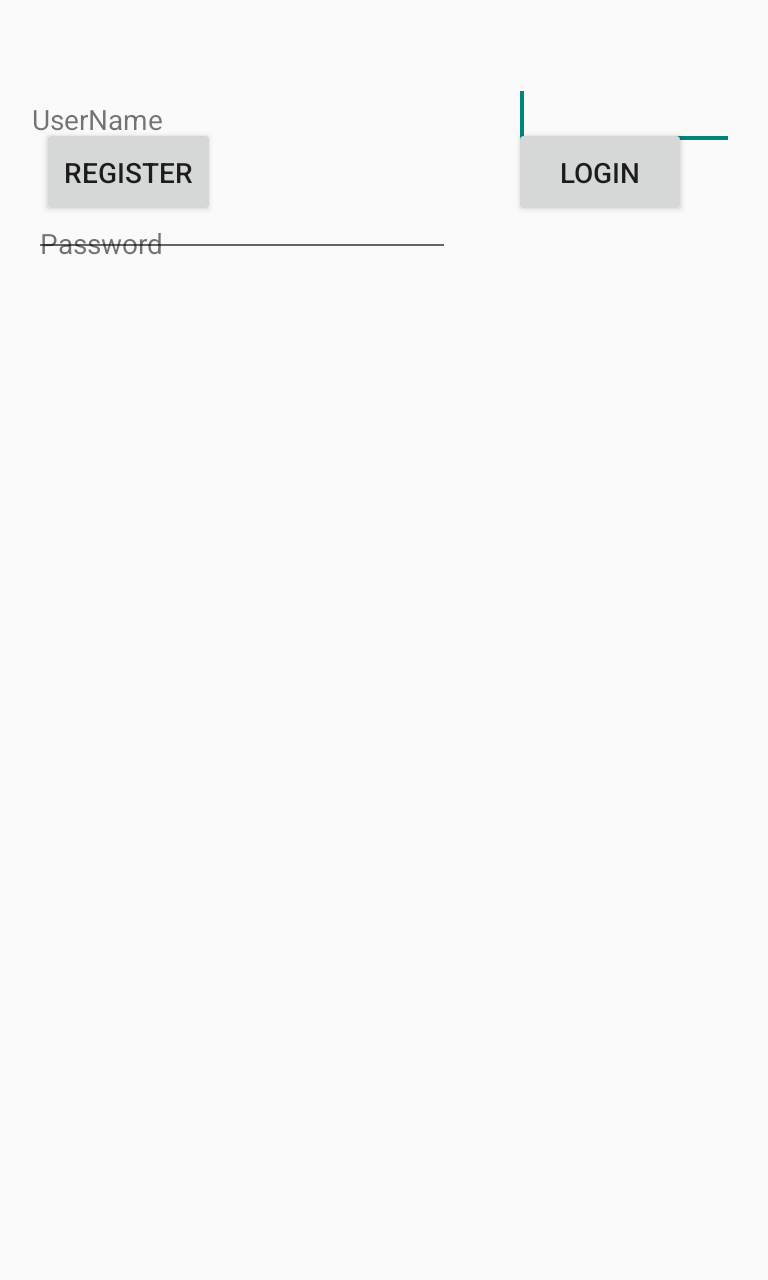
Repository: vipinvkamara/layouts
Layout: indent/res/layout/activity_login.xml
An editor plug-in stored every save of this project. The layout is shown before and after the next save, followed by the edit.
It is drawn on a 768 x 1280 px phone screen (xhdpi) without system bars, with theme AppTheme; the app's code is not run.

Above is the layout before, as saved 2014-12-16 19:05:46.

After the next save:
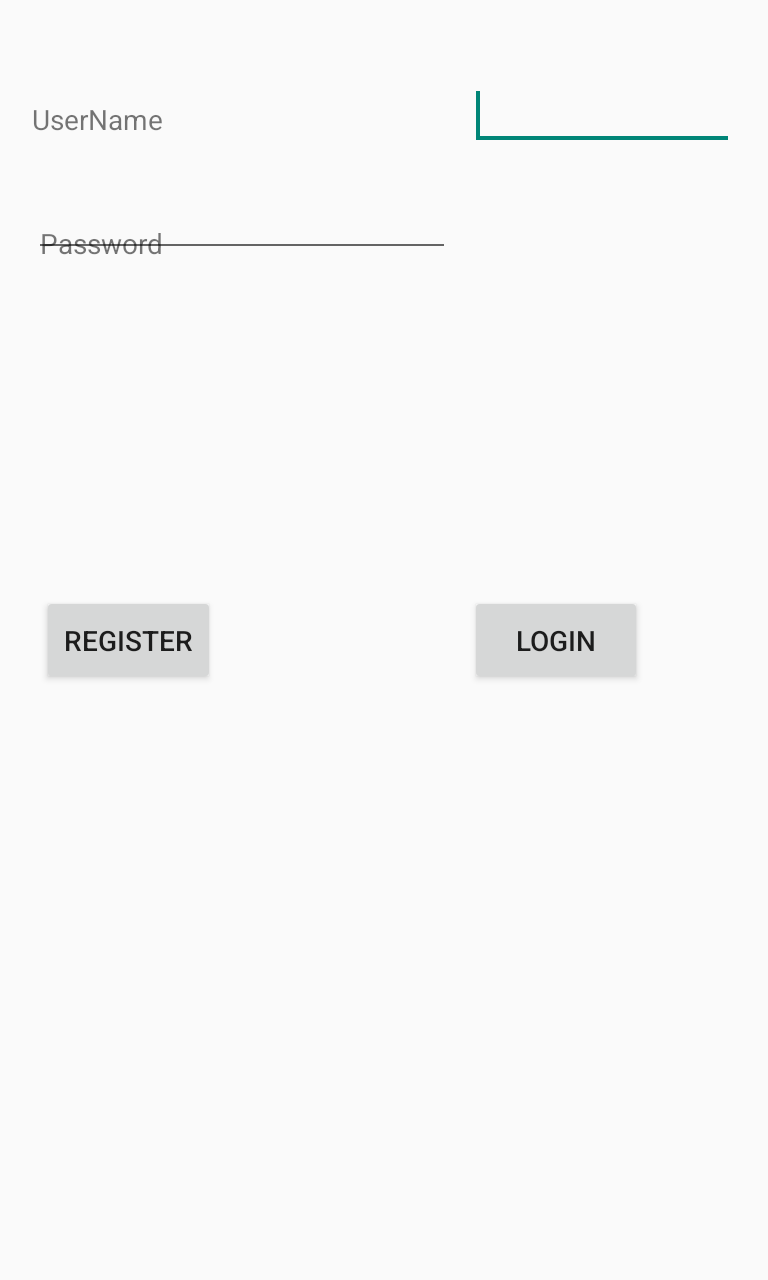
Saved 18 min 52 s later.
--- a/indent/res/layout/activity_login.xml
+++ b/indent/res/layout/activity_login.xml
@@ -48,24 +48,22 @@
         android:inputType="textPassword" />
 
     <Button
+        android:id="@+id/button2"
+        android:layout_width="wrap_content"
+        android:layout_height="wrap_content"
+        android:layout_alignLeft="@+id/textView2"
+        android:layout_centerVertical="true"
+        android:onClick="regButtonClicked"
+        android:text="Register" />
+
+    <Button
         android:id="@+id/button1"
         android:layout_width="wrap_content"
         android:layout_height="wrap_content"
         android:layout_alignParentRight="true"
-        android:layout_below="@+id/editText2"
-        android:layout_marginRight="24dp"
-        android:layout_marginTop="46dp"
+        android:layout_centerVertical="true"
+        android:layout_marginRight="46dp"
         android:onClick="loginButtonClicked"
         android:text="LogIn" />
 
-    <Button
-        android:id="@+id/button2"
-        android:layout_width="wrap_content"
-        android:layout_height="wrap_content"
-        android:layout_alignBaseline="@+id/button1"
-        android:layout_alignBottom="@+id/button1"
-        android:layout_alignLeft="@+id/textView2"
-        android:onClick="regButtonClicked"
-        android:text="Register" />
-
 </RelativeLayout>
